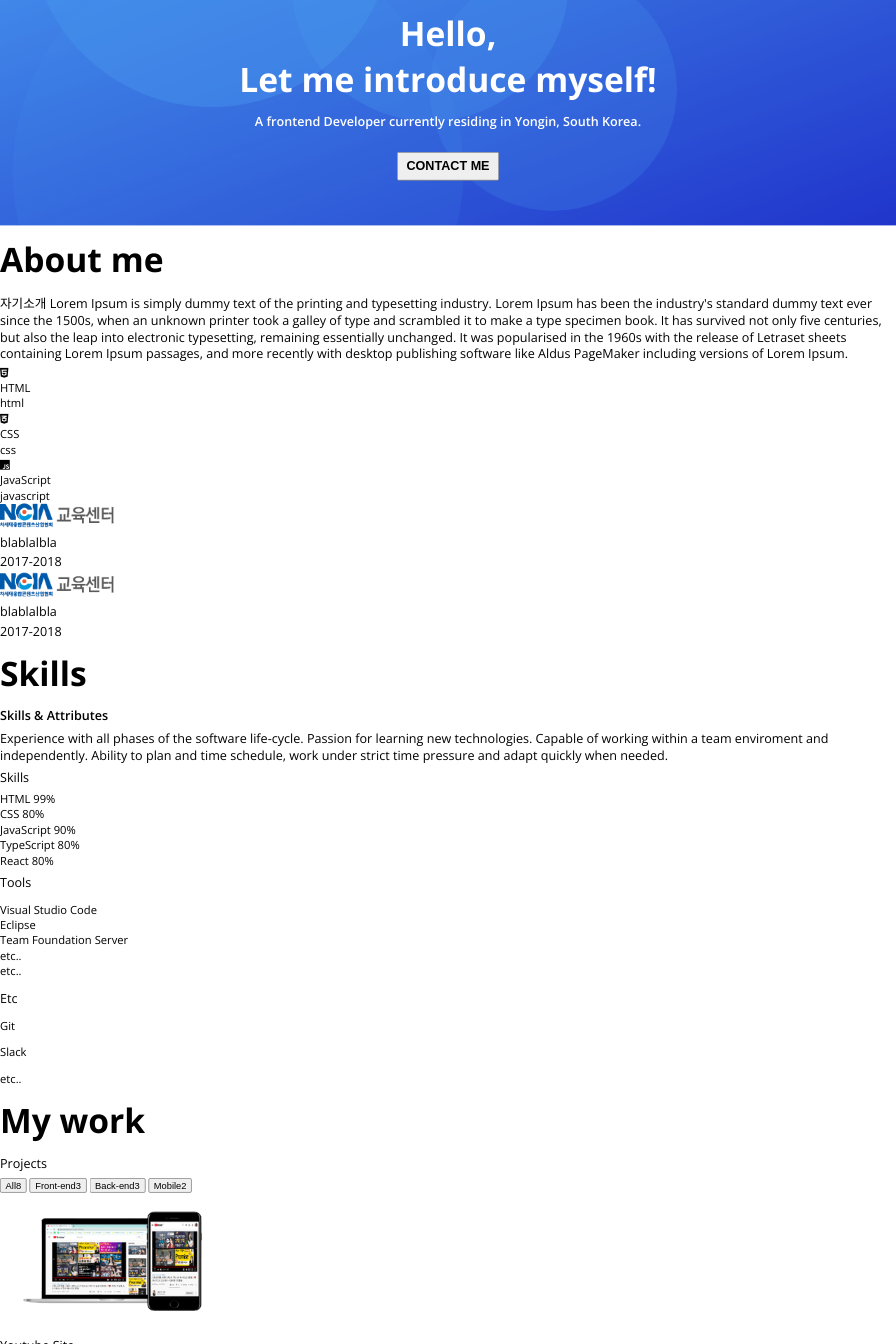
Repository: dhchun1203/Portfolio
Page: index.html
These files come from the project's save history. The page is drawn as it stood at one moment and after the next save; the edit follows.
The browser window is 1280 px wide. The pictures show the part of the page from y = 400 to 2320 px (the page is 5403 px tall), at 70% of full size.
Some web libraries are served in a nearby version.

Above is the page before, as saved 2020-12-07 18:40:19.

After the next save:
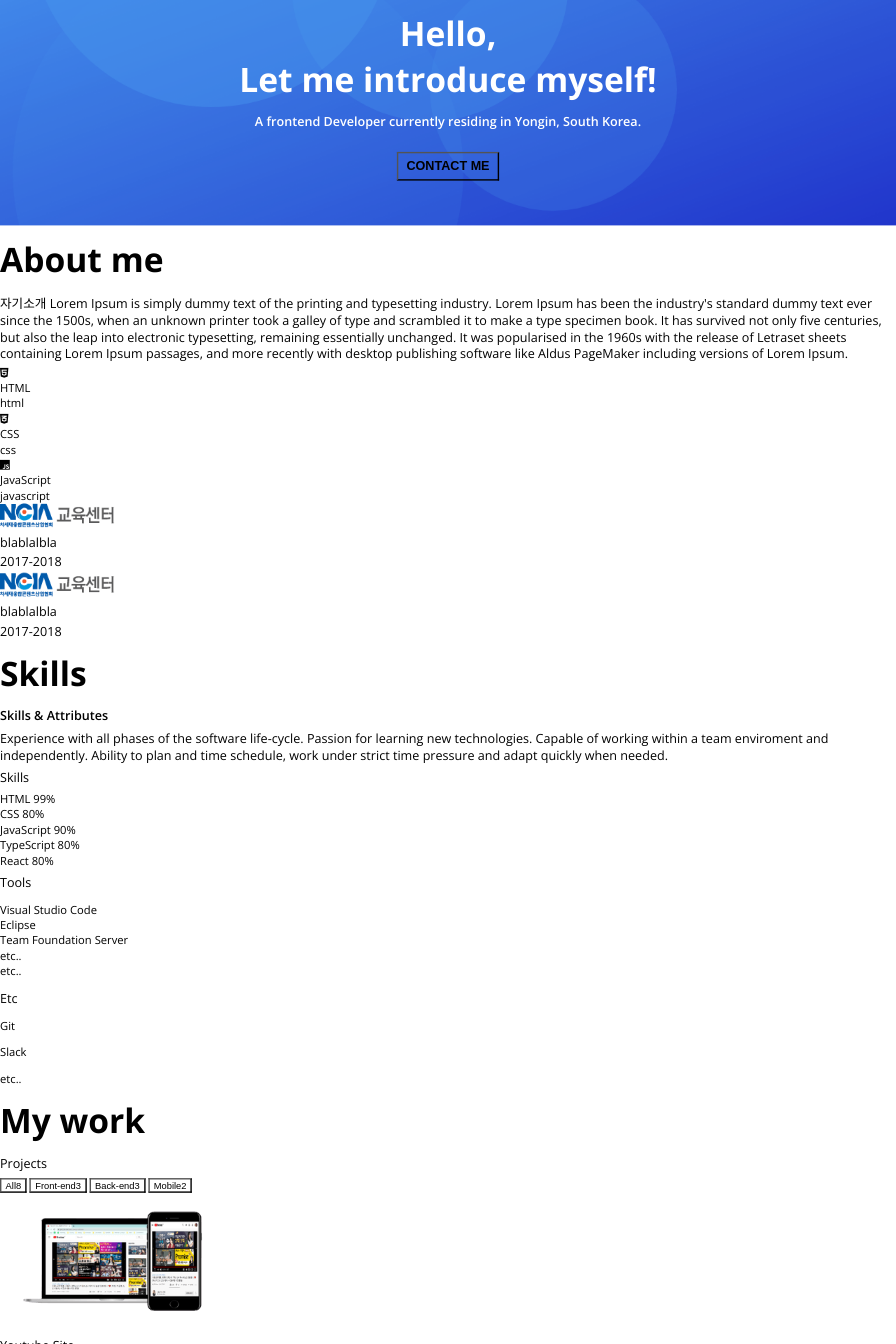
Saved 26 s later.
--- a/style.css
+++ b/style.css
@@ -49,6 +49,10 @@ ul {
 
 li {
 	list-style: none;
+}
+
+button {
+	background-color: transparent;
 }
 /* Typography(header) */
 h1 {
